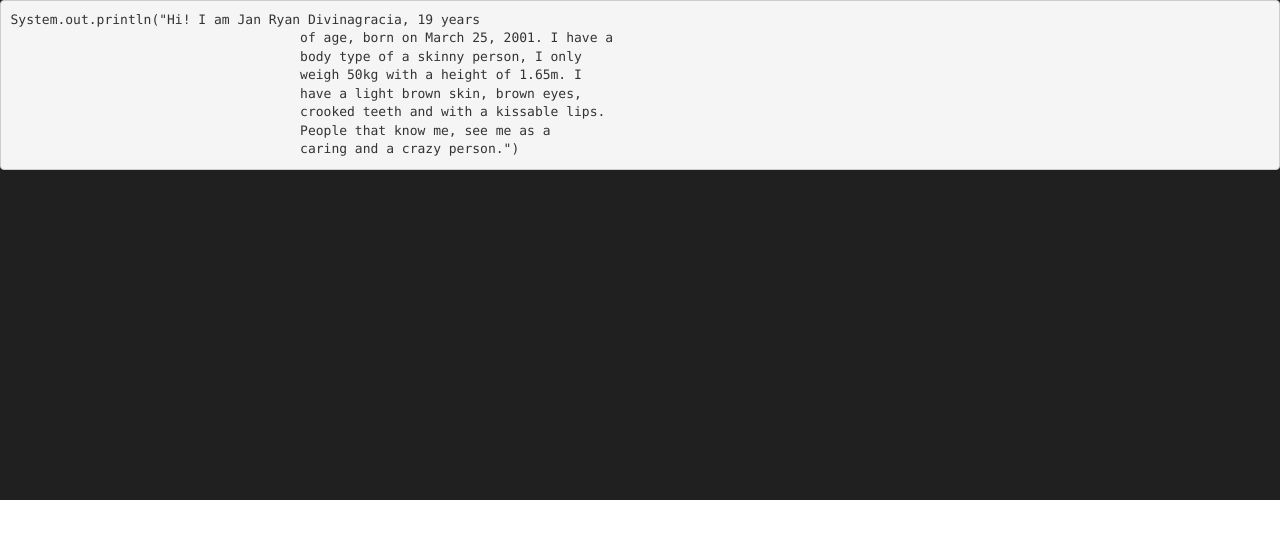
Repository: janry-gracia/Divinagracia_FinalProject
Page: Pages/storyofmylife.html
The author's editor kept a copy of each file at every save. The page is drawn from the files as they stood at one save, then again after the next save.
The browser window is 1280 px wide. The pictures show the whole page.

Above is the page before, as saved 2021-05-17 22:57:35.
Console error: TypeError: Cannot read properties of null (reading 'addEventListener')

After the next save:
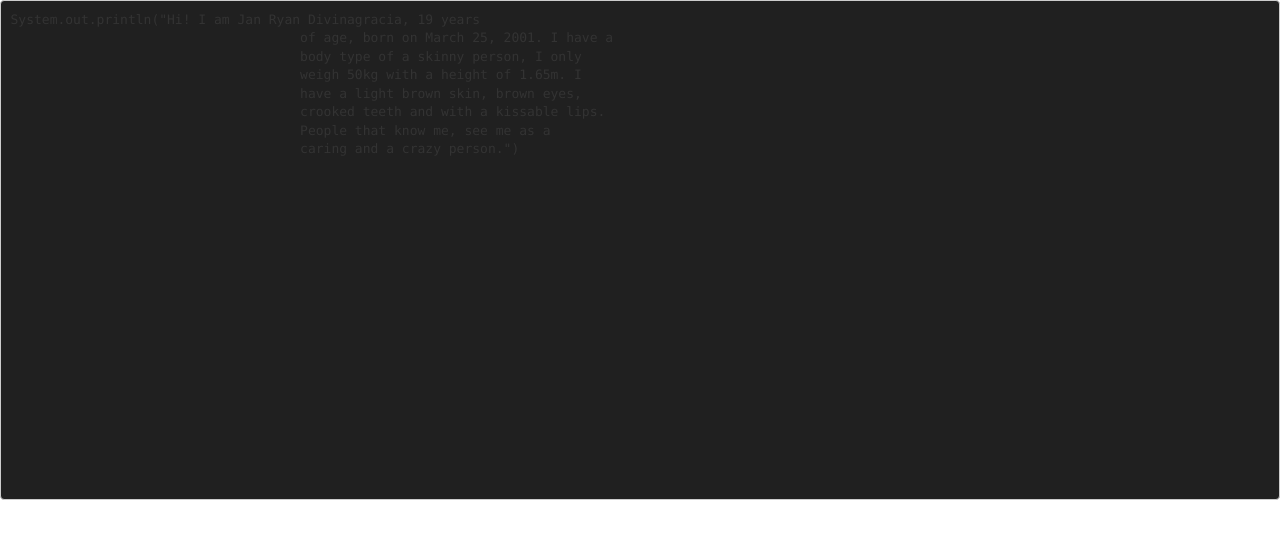
Saved 12 s later.
--- a/Pages/storyofmylife.html
+++ b/Pages/storyofmylife.html
@@ -12,8 +12,8 @@
 
     <div class="container-fluid ">
 
-        <div class="container-fluid message">
-            <pre>System.out.println("Hi! I am Jan Ryan Divinagracia, 19 years
+        <div class="container-fluid ">
+            <pre class="message">System.out.println("Hi! I am Jan Ryan Divinagracia, 19 years
                                      of age, born on March 25, 2001. I have a
                                      body type of a skinny person, I only
                                      weigh 50kg with a height of 1.65m. I
